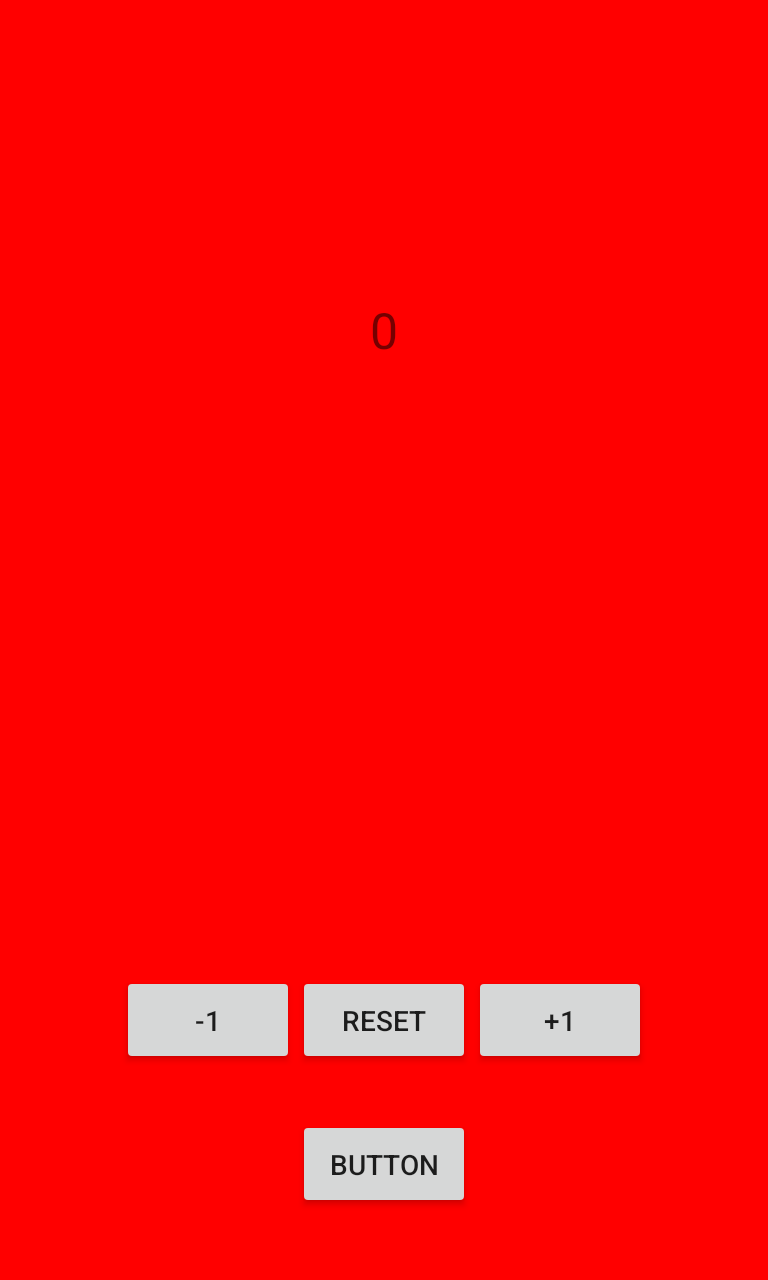
Repository: deltap1/iD-Tech-Repo
Layout: IDTechProject/res/layout/activity_main.xml
The author's editor kept a copy of each file at every save. The layout is drawn from the files as they stood at one save, then again after the next save.
It is drawn on a 768 x 1280 px phone screen (xhdpi) without system bars, with theme AppTheme; the app's code is not run.

Above is the layout before, as saved 2014-07-08 15:55:48.

After the next save:
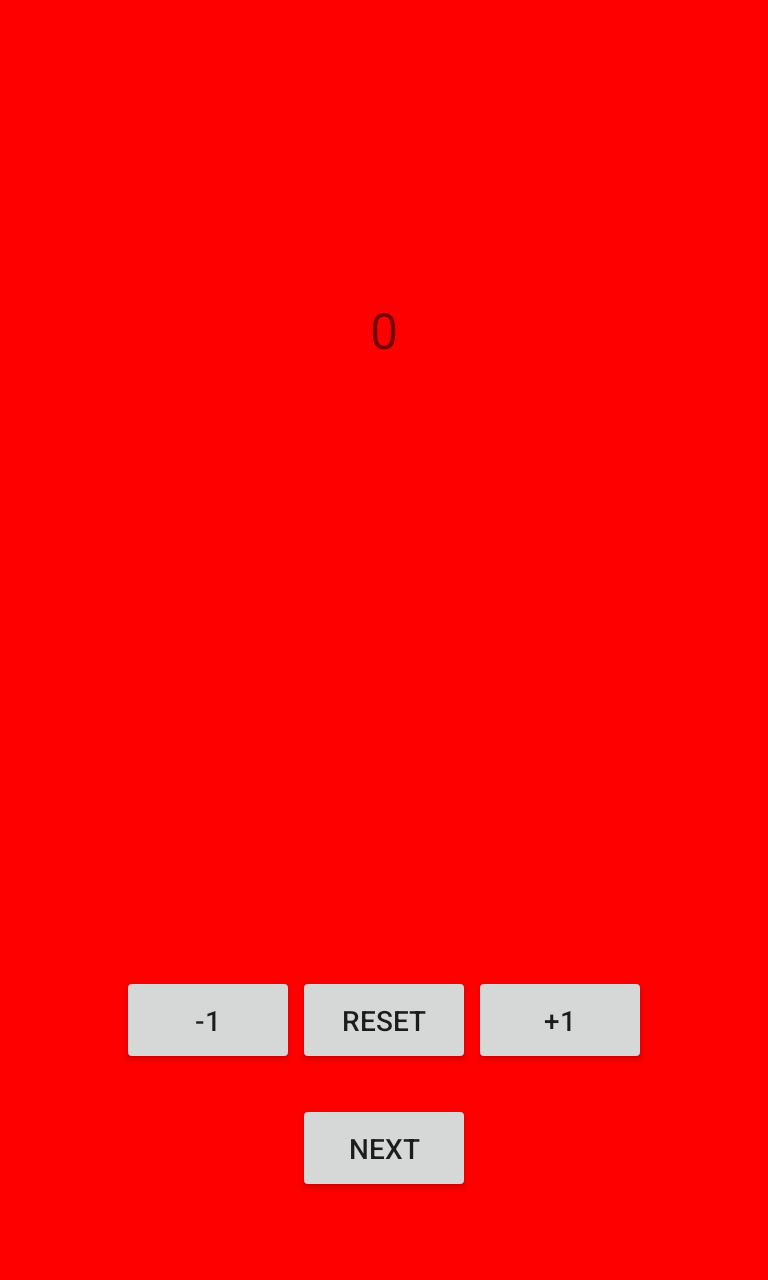
Saved 74 s later.
--- a/IDTechProject/res/layout/activity_main.xml
+++ b/IDTechProject/res/layout/activity_main.xml
@@ -50,9 +50,9 @@
         android:id="@+id/button4"
         android:layout_width="wrap_content"
         android:layout_height="wrap_content"
-        android:layout_below="@+id/button2"
-        android:layout_marginTop="24dp"
-        android:layout_toRightOf="@+id/button2"
-        android:text="Button" />
+        android:layout_alignParentBottom="true"
+        android:layout_marginBottom="26dp"
+        android:layout_toLeftOf="@+id/button3"
+        android:text="Next" />
 
 </RelativeLayout>
